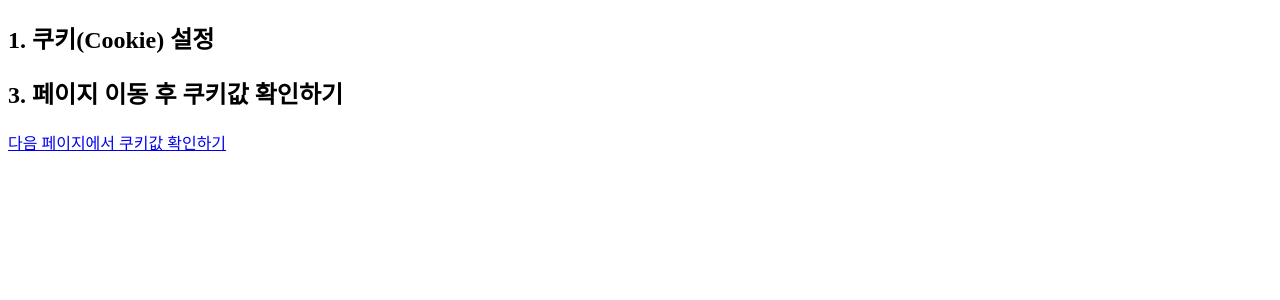
Repository: choikoya/JSP
Page: http://localhost/MustHaveJSP/04Cookie/CookieResult.jsp
The author's editor kept a copy of each file at every save. The page is drawn from the files as they stood at one save, then again after the next save.
The browser window is 1280 px wide. The pictures show the whole page.
The page is served by Tomcat 10. Nobody is signed in. The application's start-up code is not run.

Above is the page before, as saved 2024-06-13 05:34:49.

After the next save:
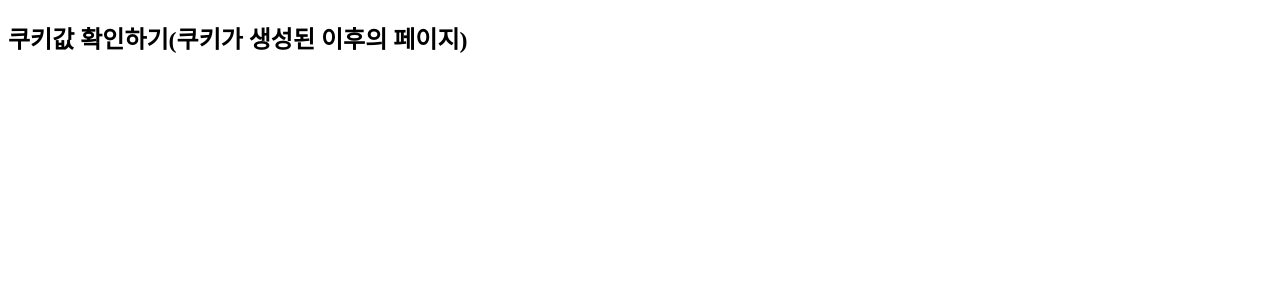
Saved 20 s later.
--- a/MustHaveJSP/src/main/webapp/04Cookie/CookieResult.jsp
+++ b/MustHaveJSP/src/main/webapp/04Cookie/CookieResult.jsp
@@ -4,33 +4,22 @@
 <html>
 <head>
 <meta charset="UTF-8">
-<title>Insert title here</title>
+<title>CookieResult.jsp</title>
 </head>
 <body>
-	<h2>1. 쿠키(Cookie) 설정</h2>
-	<%
-	Cookie cookie = new Cookie("myCookie", "쿠키맛나요");
-	cookie.setPath(request.getContextPath());
-	cookie.setMaxAge(3600);
-	response.addCookie(cookie);
-	%>
-
+	<h2>쿠키값 확인하기(쿠키가 생성된 이후의 페이지)</h2>
 	<%
 	Cookie[] cookies = request.getCookies();
 	if(cookies!=null){
-		for(Cookie c : cookies){
-			String cookieName = c.getName();
-			String cookieValue = c.getValue();
-			out.println(String.format("%s : %s<br/", cookieName, cookieValue));
+		for(int i=0; i<cookies.length; i++){
+			String cookieName = cookies[i].getName();
+			String cookieValue = cookies[i].getValue();
+			out.println(String.format("쿠키명 : %s - 쿠키값 : %s<br/>",
+					cookieName, cookieValue));
 		}
 	}
 
 	%>
 
-	<h2>3. 페이지 이동 후 쿠키값 확인하기</h2>
-	<a href="CookieResult.jsp">
-	다음 페이지에서 쿠키값 확인하기
-	</a>
-
 </body>
 </html>
